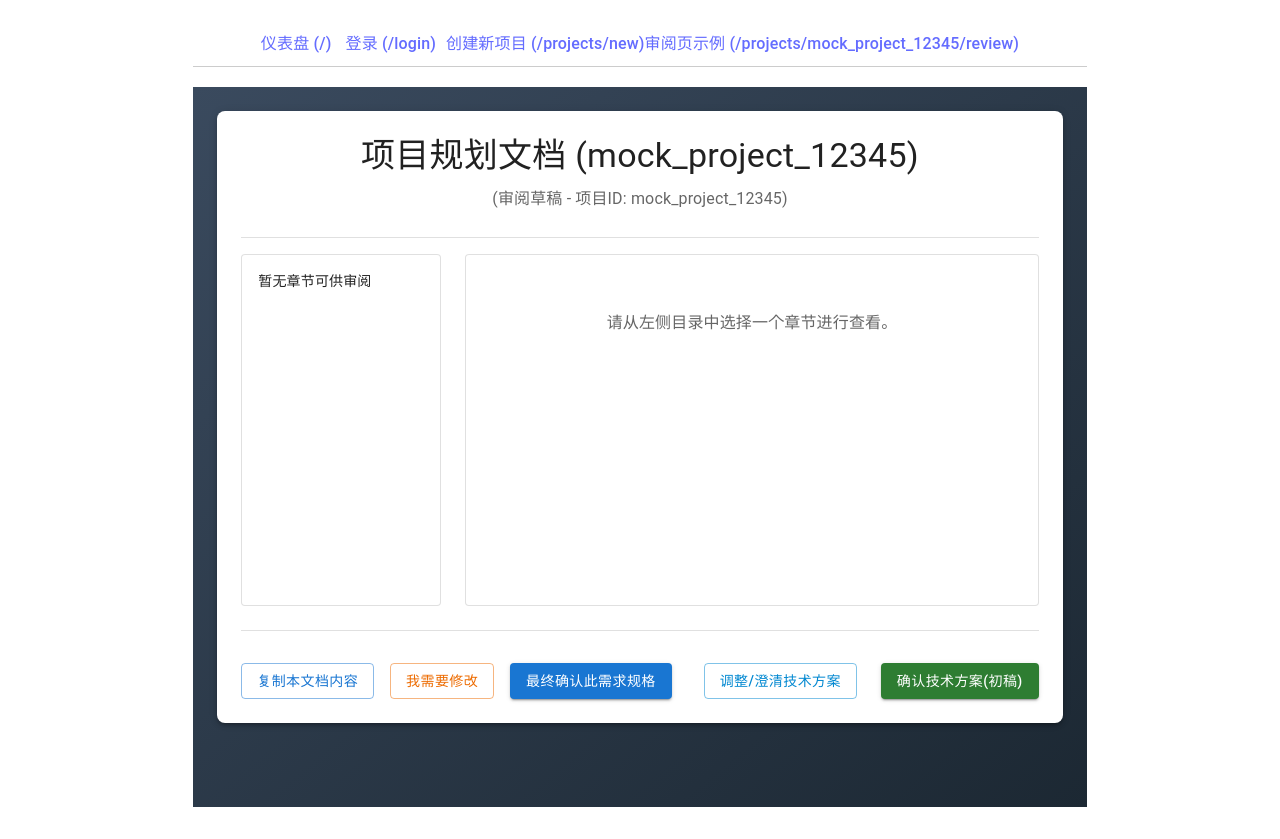
Repository: deloog/aipa
Page: /projects/mock_project_12345/review
These files come from the project's save history. The page is drawn as it stood at one moment and after the next save; the edit follows.
The browser window is 1280 px wide. The pictures show the whole page.
The project was rebuilt for these pictures with package versions that can differ from the ones it lists, and the page was loaded fresh each time. Also part of the build but not shown: vite.config.ts, src/pages/LoginPage.tsx, src/pages/DashboardPage.tsx, src/services/project.service.ts, src/services/dialogue.service.ts, src/pages/NewProjectPage.tsx, src/pages/DialoguePage.tsx.

Above is the page before, as saved 2025-05-27 21:53:01.

After the next save:
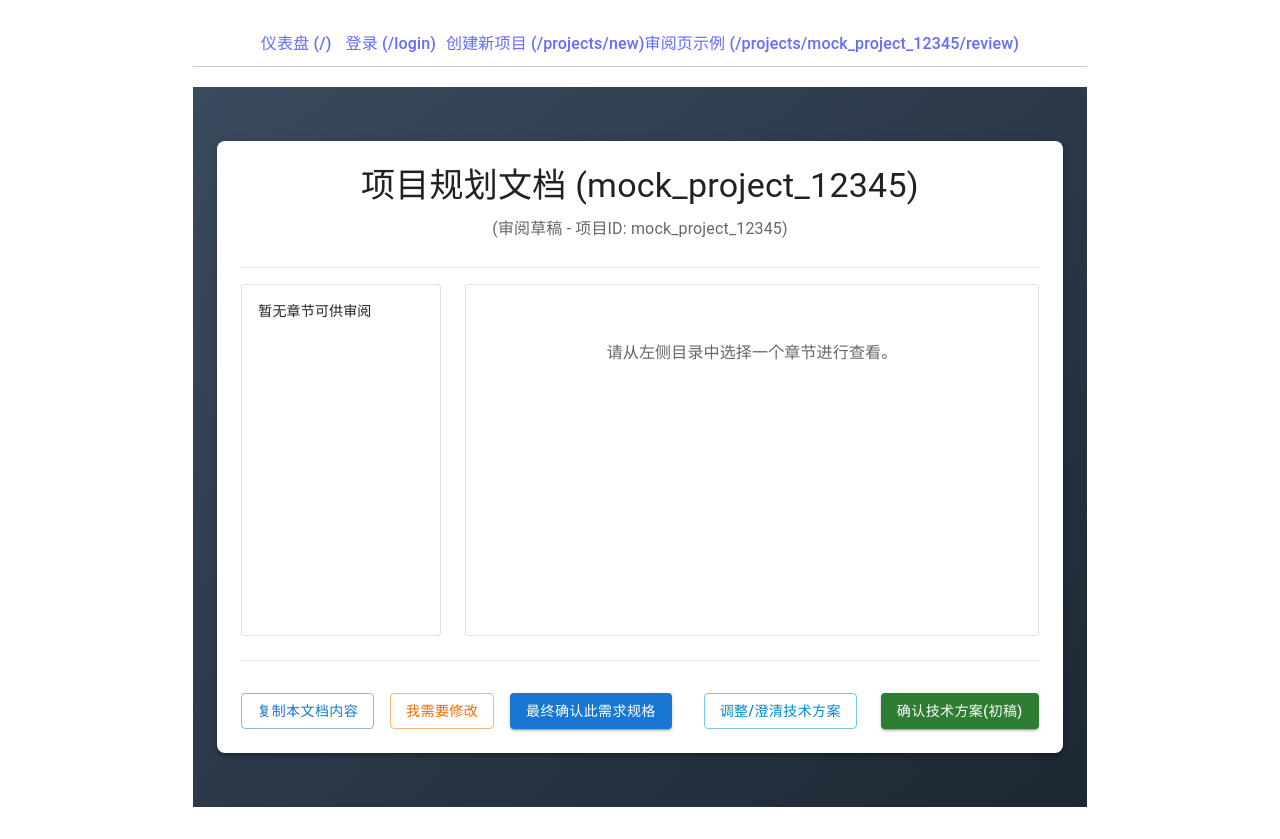
Saved 6 min 39 s later.
--- a/src/pages/PlanningDocumentViewerPage.tsx
+++ b/src/pages/PlanningDocumentViewerPage.tsx
@@ -148,7 +148,7 @@ const PlanningDocumentViewerPage: React.FC = () => {
   return (
     <Box
       sx={{
-        minHeight: '100vh', display: 'flex', flexDirection: 'column', alignItems: 'center',
+        minHeight: '100vh', display: 'flex', flexDirection: 'stretch', alignItems: 'center',
         background: 'linear-gradient(to right bottom, #3A4A5E, #1C2833)',
         padding: { xs: 1, sm: 2, md: 3 },
       }}
